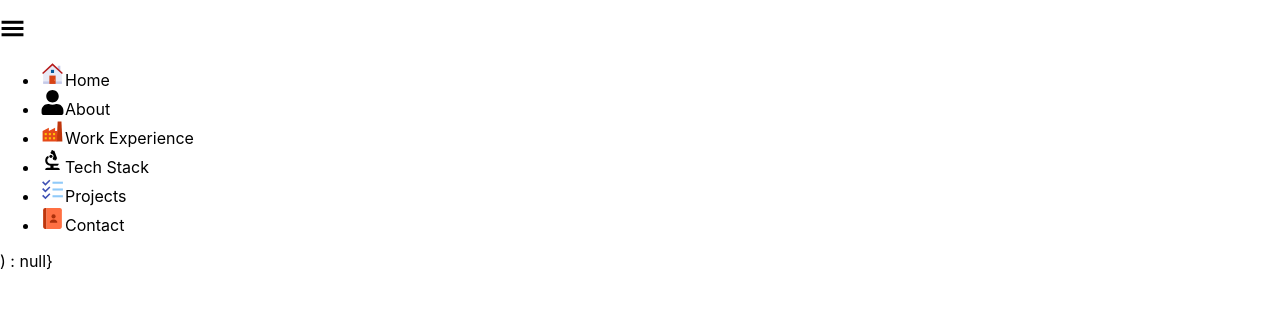
Repository: Laoye99/portfolio
Page: /
An editor plug-in stored every save of this project. The page is shown before and after a run of saves, followed by the edit.
The browser window is 1280 px wide. The pictures show the whole page.
The project was rebuilt for these pictures with package versions that can differ from the ones it lists, and the page was loaded fresh each time. Also part of the build but not shown: src/App.css.

Above is the page before, as saved 2024-02-13 10:36:34.

### src/App.js
import './App.css';
import { createContext, useState } from 'react';
import ScrollToTop from 'react-scroll-to-top';
import Navbar from './components/Navbar';

export const ThemeContext = createContext(null);

const App = () => {
  const [theme, setTheme] = useState("light");

  const changeTheme = () => {
    setTheme((prev) => (prev === "light" ? "dark" : "light"));
  };
  return (
    <ThemeContext.Provider value={{ theme, changeTheme }}>
    <div id={theme}>
    <Navbar/>
    </div>
    <ScrollToTop
    top="200"
    smooth
    height="20"
    width="20"
    color="white"
    style={{ borderRadius: "90px ", backgroundColor: "#38004c" }}
    />
    </ThemeContext.Provider>
  );
}

export default App;

### src/components/Navbar.js
import { useState } from "react";
import {GiHamburgerMenu} from "react-icons/gi";
import { Link } from "react-scroll";
import {
    FcHome,
    FcFactory,
    FcTodoList,
    FcContacts } from "react-icons/fc";
import {FaUser} from "react-icons/fa";
import {MdBiotech, } from "react-icons/md";
import { AiOutlineFileText } from 'react-icons/ai';



const Navbar = () => {
    const [open, setOpen] = useState(false);

    const handleClick = () => {
        setOpen(!open);
    };
    return(
        <div className="navbar">
        <div className="navbar-header">
        <p>
        <GiHamburgerMenu size={25} onClick={handleClick} />
        </p>
        </div>

        <div className="nav">
        <ul>
        <li className="nav-item">
        <Link
        to="home"
        spy={true}
        smooth={true}
        duration={100}
        offset={-100}
        >
        <FcHome size={25}/>
        Home
        </Link>
        </li>
        <li className="nav-item">
        <Link
        to="about"
        spy={true}
        smooth={true}
        duration={100}
        offset={-100}
        >
        <FaUser size={25} color='#000000'/>
        About
        </Link>
        </li>
        <li className="nav-item">
        <Link
        to="project"
        spy={true}
        smooth={true}
        duration={100}
        offset={-100}
        >
        <FcFactory size={25}/>
        Work Experience
        </Link>
        </li>
        <li className="nav-item">
        <Link
        to="stack"
        spy={true}
        smooth={true}
        duration={100}
        offset={-100}
        >
        <MdBiotech size={25} color='#000000'/>
        Tech Stack
        </Link>
        </li>
        <li className="nav-item">
        <Link
        to="project"
        spy={true}
        smooth={true}
        duration={100}
        offset={-100}
        >
        <FcTodoList size={25} />
        Projects
        </Link>
        </li>
        <li className="nav-item">
        <Link
        to="contact"
        spy={true}
        smooth={true}
        duration={100}
        offset={-100}
        >
        <FcContacts size={25}/>
        Contact
        </Link>
        </li>
        </ul>
        </div>
        ) : null}
        </div>
    );
};

export default Navbar;

Loaded but not shown: public/index.html (common file); src/index.js (common file); src/index.css (common file); src/reportWebVitals.js (common file)

After the next 3 saves:
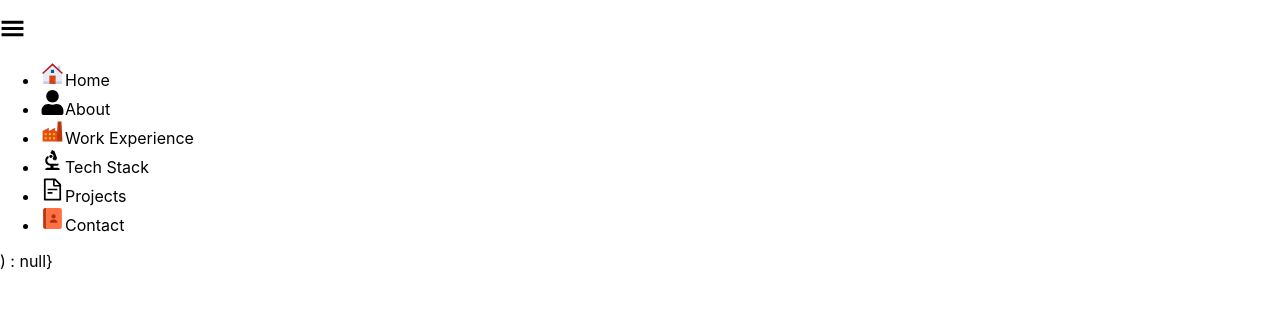
The 3 saves are shown as one change because 1 did not build or start and some came seconds apart.
The last was saved 27 s later.
--- a/src/components/Navbar.js
+++ b/src/components/Navbar.js
@@ -84,7 +84,7 @@ const Navbar = () => {
         duration={100}
         offset={-100}
         >
-        <FcTodoList size={25} />
+        <AiOutlineFileText size={25} />
         Projects
         </Link>
         </li>
